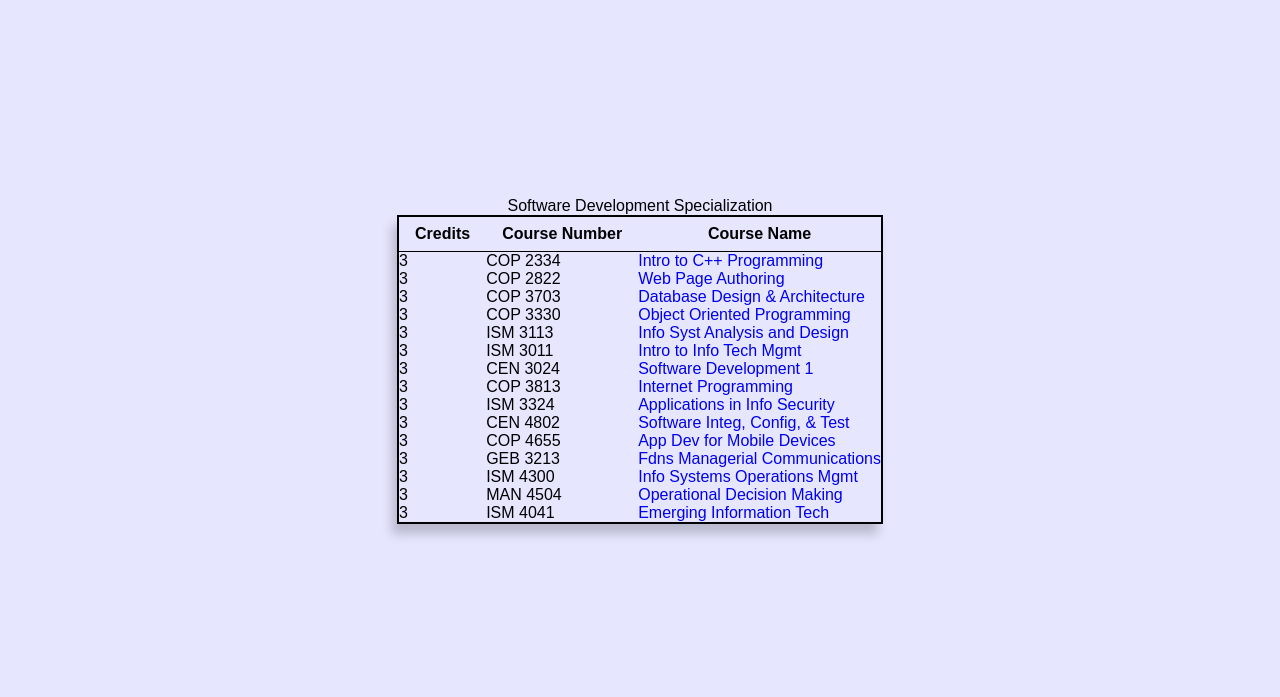
Repository: mlmEFSC21/P3-DegreeSpecializationTable
Page: index.html
The author's editor kept a copy of each file at every save. The page is drawn from the files as they stood at one save, then again after the next save.
The browser window is 1280 px wide. The pictures show the whole page.
Some web fonts or font styles are not loaded; a fallback is used.

Above is the page before, as saved 2022-02-01 21:13:39.

### index.html
<!DOCTYPE html>
<html lang="en">
    <head>
        <meta charset="UTF-8" />
        <meta http-equiv="X-UA-Compatible" content="IE=edge" />
        <meta name="viewport" content="width=device-width, initial-scale=1.0" />
        <link rel="stylesheet" href="tableStyles.css" />
        <title>Degree Specialization Table</title>
    </head>
    <body>
        <table>
            <caption class="tableTitle">
                Software Development Specialization
            </caption>
            <thead>
                <tr class="colTitles">
                    <th>Credits</th>
                    <th>Course Number</th>
                    <th>Course Name</th>
                </tr>
            </thead>
            <tbody>
                <tr>
                    <td>3</td>
                    <td>COP 2334</td>
                    <td>
                        <a
                            href="https://bannerweb.easternflorida.edu/prod/bwckctlg.p_disp_course_detail?cat_term_in=202210&subj_code_in=COP&crse_numb_in=1000"
                            >Intro to C++ Programming</a
                        >
                    </td>
                </tr>
                <tr>
                    <td>3</td>
                    <td>COP 2822</td>
                    <td>
                        <a
                            href="https://bannerweb.easternflorida.edu/prod/bwckctlg.p_disp_course_detail?cat_term_in=202210&subj_code_in=COP&crse_numb_in=2822"
                            >Web Page Authoring</a
                        >
                    </td>
                </tr>
                <tr>
                    <td>3</td>
                    <td>COP 3703</td>
                    <td>
                        <a
                            href="https://bannerweb.easternflorida.edu/prod/bwckctlg.p_disp_course_detail?cat_term_in=202210&subj_code_in=COP&crse_numb_in=3703"
                            >Database Design & Architecture</a
                        >
                    </td>
                </tr>
                <tr>
                    <td>3</td>
                    <td>COP 3330</td>
                    <td>
                        <a
                            href="https://bannerweb.easternflorida.edu/prod/bwckctlg.p_disp_course_detail?cat_term_in=202210&subj_code_in=COP&crse_numb_in=3330"
                            >Object Oriented Programming</a
                        >
                    </td>
                </tr>
                <tr>
                    <td>3</td>
                    <td>ISM 3113</td>
                    <td>
                        <a
                            href="https://bannerweb.easternflorida.edu/prod/bwckctlg.p_disp_course_detail?cat_term_in=202210&subj_code_in=ISM&crse_numb_in=3113"
                            >Info Syst Analysis and Design</a
                        >
                    </td>
                </tr>
                <tr>
                    <td>3</td>
                    <td>ISM 3011</td>
                    <td>
                        <a
                            href="https://bannerweb.easternflorida.edu/prod/bwckctlg.p_disp_course_detail?cat_term_in=202210&subj_code_in=ISM&crse_numb_in=3011"
                            >Intro to Info Tech Mgmt</a
                        >
                    </td>
                </tr>
                <tr>
                    <td>3</td>
                    <td>CEN 3024</td>
                    <td>
                        <a
                            href="https://bannerweb.easternflorida.edu/prod/bwckctlg.p_disp_course_detail?cat_term_in=202210&subj_code_in=CEN&crse_numb_in=3024"
                            >Software Development 1</a
                        >
                    </td>
                </tr>
                <tr>
                    <td>3</td>
                    <td>COP 3813</td>
                    <td>
                        <a
                            href="https://bannerweb.easternflorida.edu/prod/bwckctlg.p_disp_course_detail?cat_term_in=202210&subj_code_in=COP&crse_numb_in=3813"
                            >Internet Programming</a
                        >
                    </td>
                </tr>
                <tr>
                    <td>3</td>
                    <td>ISM 3324</td>
                    <td>
                        <a
                            href="https://bannerweb.easternflorida.edu/prod/bwckctlg.p_disp_course_detail?cat_term_in=202210&subj_code_in=ISM&crse_numb_in=3324"
                            >Applications in Info Security</a
                        >
                    </td>
                </tr>
                <tr>
                    <td>3</td>
                    <td>CEN 4802</td>
                    <td>
                        <a
                            href="https://bannerweb.easternflorida.edu/prod/bwckctlg.p_disp_course_detail?cat_term_in=202210&subj_code_in=CEN&crse_numb_in=4802"
                            >Software Integ, Config, & Test</a
                        >
                    </td>
                </tr>
                <tr>
                    <td>3</td>
                    <td>COP 4655</td>
                    <td>
                        <a
                            href="https://bannerweb.easternflorida.edu/prod/bwckctlg.p_disp_course_detail?cat_term_in=202210&subj_code_in=COP&crse_numb_in=4655"
                            >App Dev for Mobile Devices</a
                        >
                    </td>
                </tr>
                <tr>
                    <td>3</td>
                    <td>GEB 3213</td>
                    <td>
                        <a
                            href="https://bannerweb.easternflorida.edu/prod/bwckctlg.p_disp_course_detail?cat_term_in=202210&subj_code_in=GEB&crse_numb_in=3213"
                            >Fdns Managerial Communications</a
                        >
                    </td>
                </tr>
                <tr>
                    <td>3</td>
                    <td>ISM 4300</td>
                    <td>
                        <a
                            href="https://bannerweb.easternflorida.edu/prod/bwckctlg.p_disp_course_detail?cat_term_in=202210&subj_code_in=ISM&crse_numb_in=4300"
                            >Info Systems Operations Mgmt</a
                        >
                    </td>
                </tr>
                <tr>
                    <td>3</td>
                    <td>MAN 4504</td>
                    <td>
                        <a
                            href="https://bannerweb.easternflorida.edu/prod/bwckctlg.p_disp_course_detail?cat_term_in=202210&subj_code_in=MAN&crse_numb_in=4504"
                            >Operational Decision Making</a
                        >
                    </td>
                </tr>
                <tr>
                    <td>3</td>
                    <td>ISM 4041</td>
                    <td>
                        <a
                            href="https://bannerweb.easternflorida.edu/prod/bwckctlg.p_disp_course_detail?cat_term_in=202210&subj_code_in=ISM&crse_numb_in=4041"
                            >Emerging Information Tech</a
                        >
                    </td>
                </tr>
            </tbody>
        </table>
    </body>
</html>

### tableStyles.css
@import url("https://fonts.googleapis.com/css2?family=Spectral:wght@400&display=swap");

:root {
    --clr-prime: #003c5e;
    --clr-second: #1a2028;
    --clr-accent: #8fb500;
    --clr-font-prime: #5b8ead;
    --clr-font-second: black;
    --clr-background: #e6e6ff;
}
*,
*::before,
*::after {
    margin: 0;
    padding: 0;
    box-sizing: border-box;
}
body {
    font-family: Spectral, sans-serif;
    height: 100vh;
    display: grid;
    align-items: center;
    justify-content: center;
    background-color: var(--clr-background);
}
table {
    border-collapse: collapse;
    box-shadow: -5px 10px 10px rgba(0, 0, 0, 0.2);
    border: 2px solid black;
    padding: 0.25rem;
}
thead {
    border-bottom: 1px solid black;
}
th {
    padding: 0.5rem 1rem;
}
a {
    text-decoration: none;
}

After the next save:
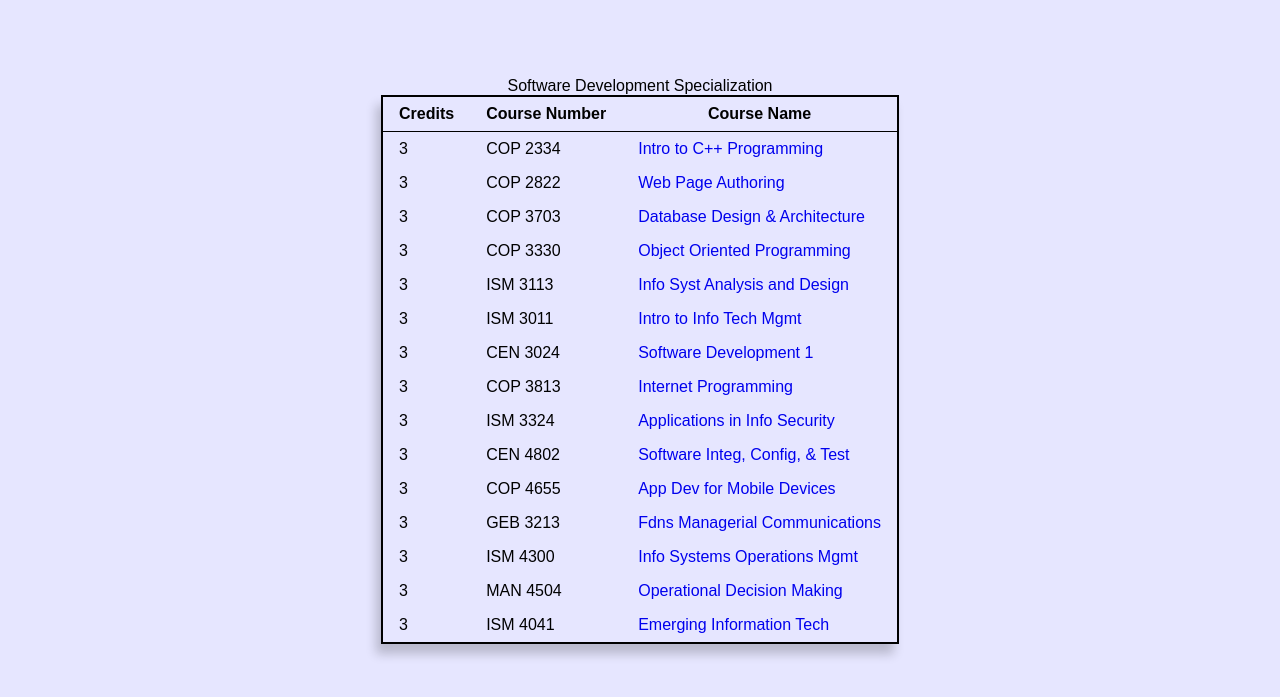
Saved 85 s later.
--- a/tableStyles.css
+++ b/tableStyles.css
@@ -35,6 +35,9 @@ thead {
 th {
     padding: 0.5rem 1rem;
 }
+td {
+    padding: 0.5rem 1rem;
+}
 a {
     text-decoration: none;
 }
